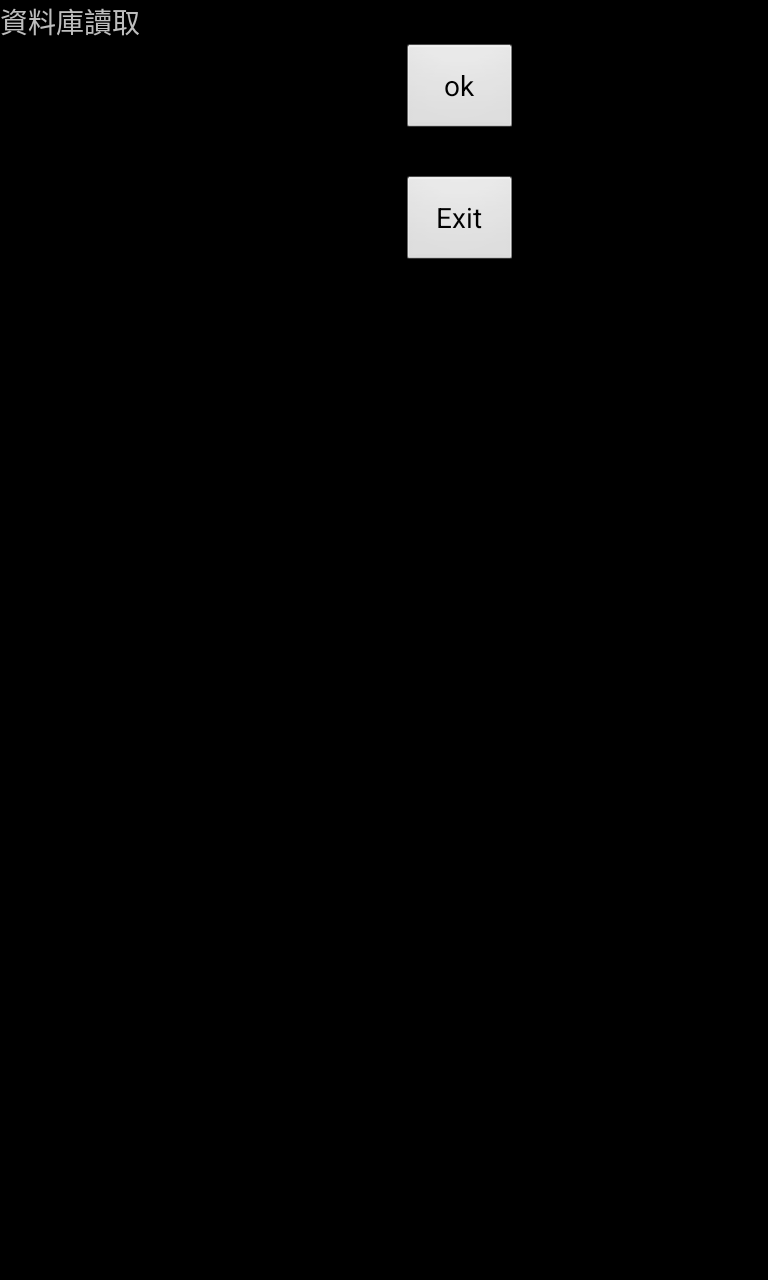
Repository: mikethai/TQC-Android
Layout: 206_over/res/layout/main.xml
These files come from the project's save history. The layout is drawn as it stood at one moment and after the next save; the edit follows.
It is drawn on a 768 x 1280 px phone screen (xhdpi) without system bars, with theme android:Theme; the app's code is not run. Lists and similar views that code fills are empty.

Above is the layout before, as saved 2014-03-17 12:45:18.

### 206_over/res/layout/main.xml
<?xml version="1.0" encoding="utf-8"?>
<LinearLayout xmlns:android="http://schemas.android.com/apk/res/android"
    android:orientation="vertical"
    android:layout_width="fill_parent"
    android:layout_height="fill_parent"
    >

<TextView
    android:layout_width="fill_parent"
    android:layout_height="wrap_content"
    android:text="@string/app_name" />

<RelativeLayout
    android:layout_width="fill_parent"
    android:layout_height="wrap_content" >

    <ListView
        android:id="@+id/listView"
        android:layout_width="200dp"
        android:layout_height="wrap_content"
        android:layout_alignParentLeft="true"
        android:layout_alignParentTop="true" >
    </ListView>

    <Button
        android:id="@+id/exit"
        android:layout_width="60dp"
        android:layout_height="wrap_content"
        android:layout_alignRight="@+id/ok"
        android:layout_below="@+id/ok"
        android:layout_marginTop="18dp"
        android:text="@string/Exit" />

    <Button
        android:id="@+id/ok"
        android:layout_width="60dp"
        android:layout_height="wrap_content"
        android:layout_alignParentTop="true"
        android:layout_toRightOf="@+id/listView"
        android:text="@string/ok" />

</RelativeLayout>

</LinearLayout>

### 206_over/res/values/strings.xml
<?xml version="1.0" encoding="utf-8"?>
<resources>
    <string name="hello">Hello World, GDD02!</string>
    <string name="app_name">資料庫讀取</string>
    <string name="ok">ok</string>
    <string name="Exit">Exit</string>
</resources>

After the next save:
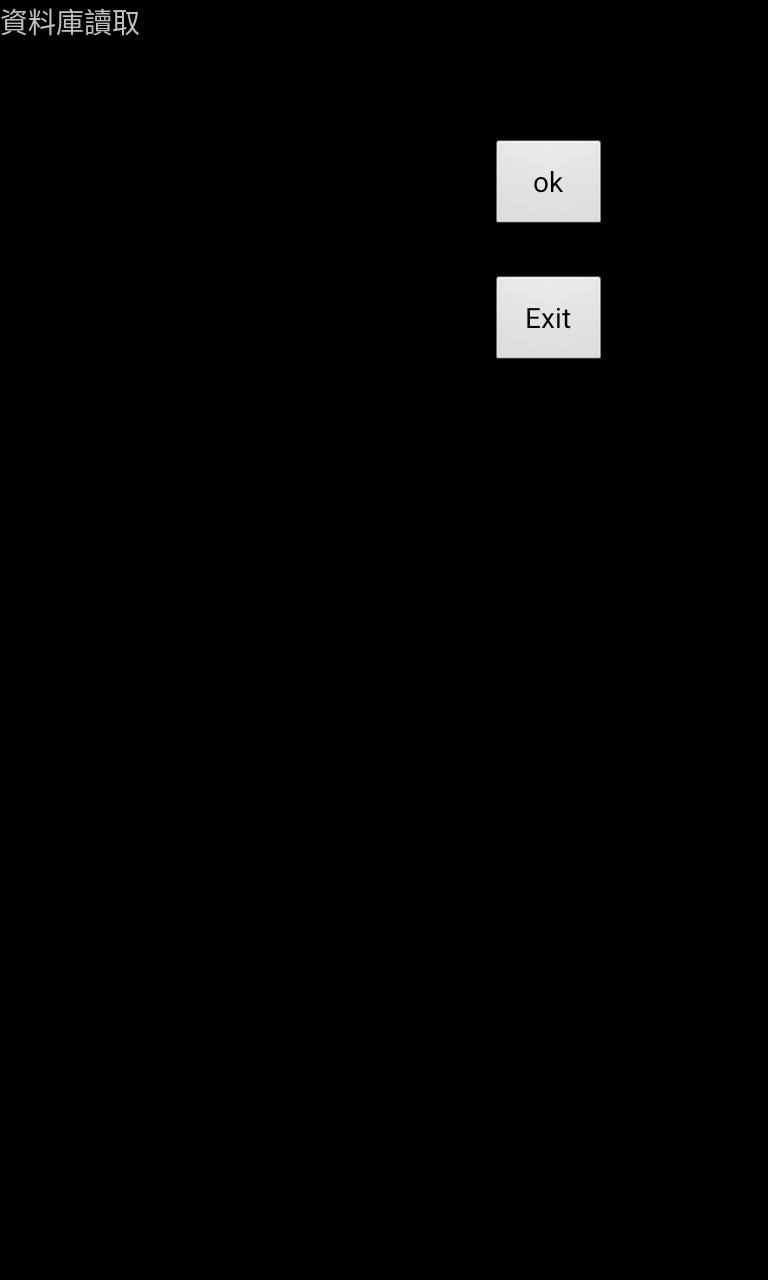
Saved 10 min 38 s later.
--- a/206_over/res/layout/main.xml
+++ b/206_over/res/layout/main.xml
@@ -14,30 +14,42 @@
     android:layout_width="fill_parent"
     android:layout_height="wrap_content" >
 
+    <Button
+        android:id="@+id/button1"
+        android:layout_width="wrap_content"
+        android:layout_height="wrap_content"
+        android:layout_alignParentRight="true"
+        android:layout_alignParentTop="true"
+        android:layout_marginRight="77dp"
+        android:text="Button"
+        android:visibility="invisible" />
+
     <ListView
-        android:id="@+id/listView"
-        android:layout_width="200dp"
+        android:id="@+id/listView1"
+        android:layout_width="fill_parent"
         android:layout_height="wrap_content"
         android:layout_alignParentLeft="true"
-        android:layout_alignParentTop="true" >
+        android:layout_alignParentTop="true"
+        android:layout_toLeftOf="@+id/button1" >
+
     </ListView>
 
     <Button
-        android:id="@+id/exit"
+        android:id="@+id/button2"
         android:layout_width="60dp"
         android:layout_height="wrap_content"
-        android:layout_alignRight="@+id/ok"
-        android:layout_below="@+id/ok"
-        android:layout_marginTop="18dp"
-        android:text="@string/Exit" />
+        android:layout_alignLeft="@+id/button1"
+        android:layout_below="@+id/button1"
+        android:text="@string/ok" />
 
     <Button
-        android:id="@+id/ok"
+        android:id="@+id/button3"
         android:layout_width="60dp"
         android:layout_height="wrap_content"
-        android:layout_alignParentTop="true"
-        android:layout_toRightOf="@+id/listView"
-        android:text="@string/ok" />
+        android:layout_alignLeft="@+id/button2"
+        android:layout_below="@+id/button2"
+        android:layout_marginTop="20dp"
+        android:text="@string/Exit" />
 
 </RelativeLayout>
 
